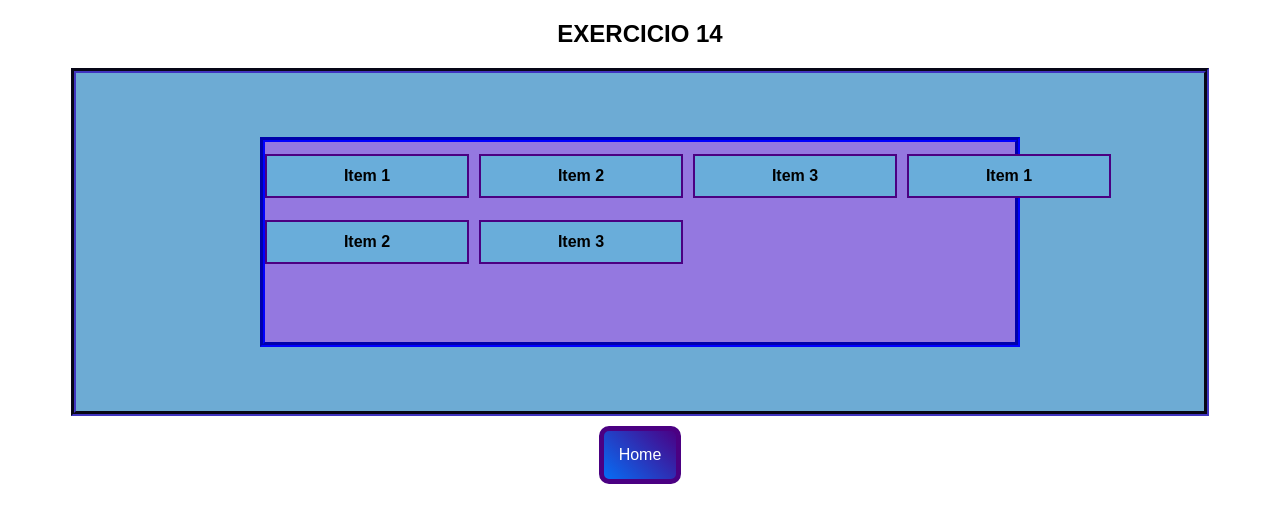
Repository: Elianmrey/TP1-Mobile-First
Page: EXERCISES/EX_14/index.html
These files come from the project's save history. The page is drawn as it stood at one moment and after a run of saves; the edit follows.
The browser window is 1280 px wide. The pictures show the whole page.

Above is the page before, as saved 2024-08-05 16:39:45.

### EXERCISES/EX_14/index.html
<!DOCTYPE html>
<html lang="en">

<head>
  <link href="style.css" rel="stylesheet" type="text/css" />
  <meta charset="UTF-8">
  <meta name="viewport" content="width=device-width, initial-scale=1.0">
  <title>Document</title>
</head>

<body>

  <div class="titulo">
    <h2>EXERCICIO 14</h2>
  </div>

  <div class="container-principal">

    <div class="container-central">

      <div class="item">Item 1</div>
      <div class="item">Item 2</div>
      <div class="item">Item 3 </div>

      <div class="item">Item 1</div>
      <div class="item">Item 2</div>
      <div class="item">Item 3 </div>

    </div>


  </div>
  <a href="../../index.html" class="link-home">Home</a>
</body>

</html>

### EXERCISES/EX_14/style.css
body
{
display: flex ;
flex-direction: column;
margin: 0;
padding: 0;
font-family: sans-serif;
justify-content: center;
align-items:center;
}
.titulo
{
  text-align: center;
}

.container-principal
{
  display: flex;
  justify-content: center;
  gap: 10px;
  border: groove 5px rgb(36, 29, 107);
  padding: 5%;
  width: 1000px;
  background-color: rgb(109, 171, 212);
}
.container-central
{
  display: grid;
  grid-template-columns:  1fr 1fr 2fr 2fr;
  grid-template-rows:  2fr 1fr 2fr;
  border: groove 5px blue;
  gap: 10px;
  width: 750px;
  height: 200px;
  justify-content: space-around;
  align-items: center;
  background-color: rgb(148, 120, 224);
}
 .item
 {
display: flex;
justify-content: center;
align-items: center;
width: 200px;
height: 40px;
list-style: none;
font-family: sans-serif;
font-weight: 600;
border: solid 2px indigo;
 background-color: rgb(105, 173, 218);
}

.link-home
{
  margin-top: auto;
  margin: 10px;
  padding: 15px;
  text-decoration: none;
  color: white;
  border: solid 5px indigo;
  border-radius: 10px;;
  background: linear-gradient(45deg, rgb(6, 110, 245), rgb(74, 1, 133))
}

After the next 2 saves:
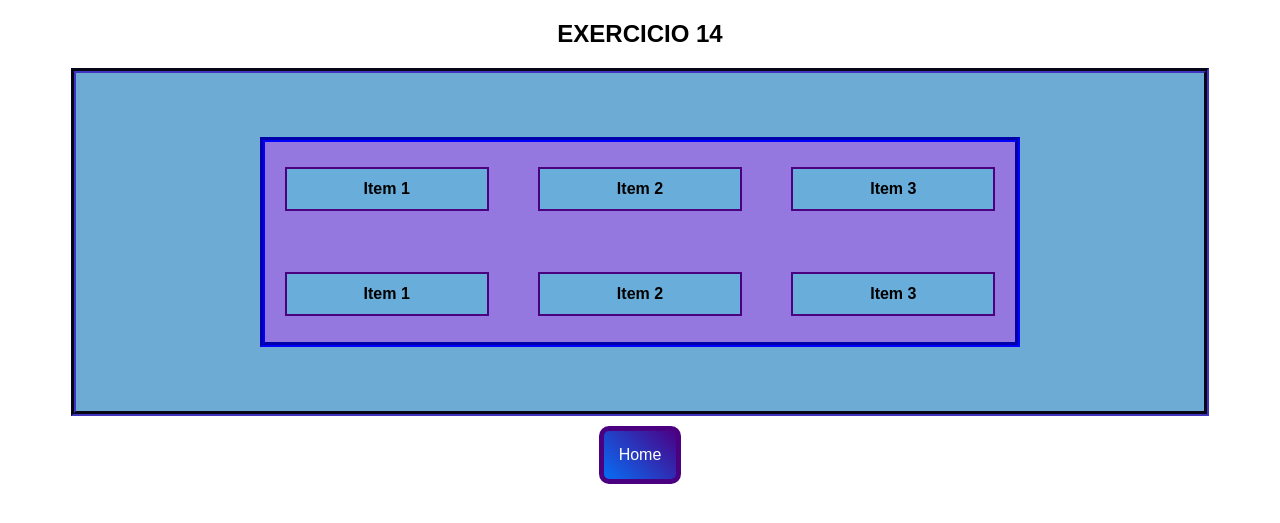
The 2 saves are shown as one change because they came seconds apart.
The last was saved 49 s later.
--- a/EXERCISES/EX_14/style.css
+++ b/EXERCISES/EX_14/style.css
@@ -25,9 +25,9 @@ align-items:center;
 }
 .container-central
 {
-  display: grid;
-  grid-template-columns:  1fr 1fr 2fr 2fr;
-  grid-template-rows:  2fr 1fr 2fr;
+  display: flex;
+  flex-direction: row;
+  flex-wrap: wrap;
   border: groove 5px blue;
   gap: 10px;
   width: 750px;
